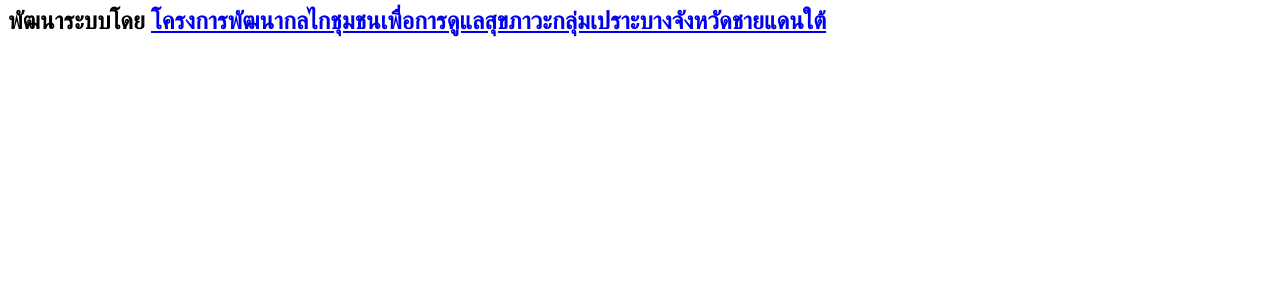
Repository: bssm1989/dek_equal_tani
Page: http://localhost/dek_equal_tani/includes/footer.php
The author's editor kept a copy of each file at every save. The page is drawn from the files as they stood at one save, then again after the next save.
The browser window is 1280 px wide. The pictures show the whole page.
The page is run by PHP 8.4 with error messages shown; the project is at /var/www/html/.

Above is the page before, as saved 2023-11-04 12:24:20.

After the next save:
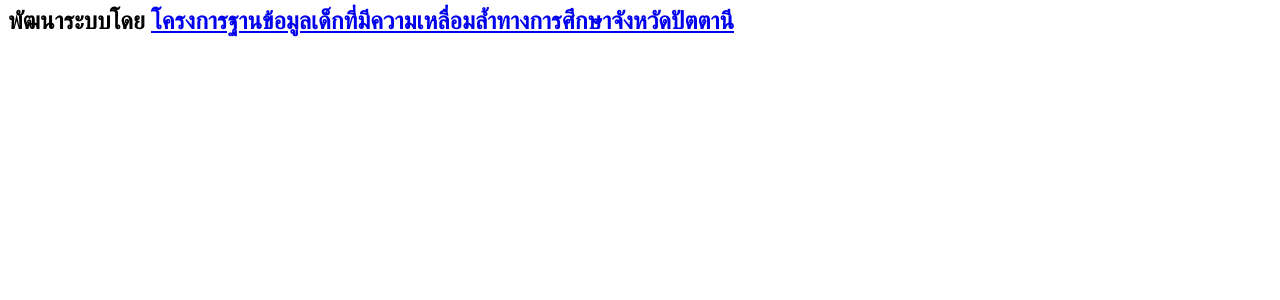
Saved 2 min 24 s later.
--- a/includes/footer.php
+++ b/includes/footer.php
@@ -2,7 +2,7 @@
     <div class="container text-center py-3">
         <!--/* This template is free as long as you keep the footer attribution link. If you'd like to use the template without the attribution link, you can buy the commercial license via our website: themes.3rdwavemedia.com Thank you for your support. :) */-->
         <h2 class="copyright">พัฒนาระบบโดย <a class="app-link" href="#"
-                target="_blank">โครงการพัฒนากลไกชุมชนเพื่อการดูแลสุขภาวะกลุ่มเปราะบางจังหวัดชายแดนใต้</a>
+                target="_blank">โครงการฐานข้อมูลเด็กที่มีความเหลื่อมล้ำทางการศึกษาจังหวัดปัตตานี</a>
         </h2>
         <!-- <i class="fas fa-heart" style="color: #fb866a;"></i> -->
 
